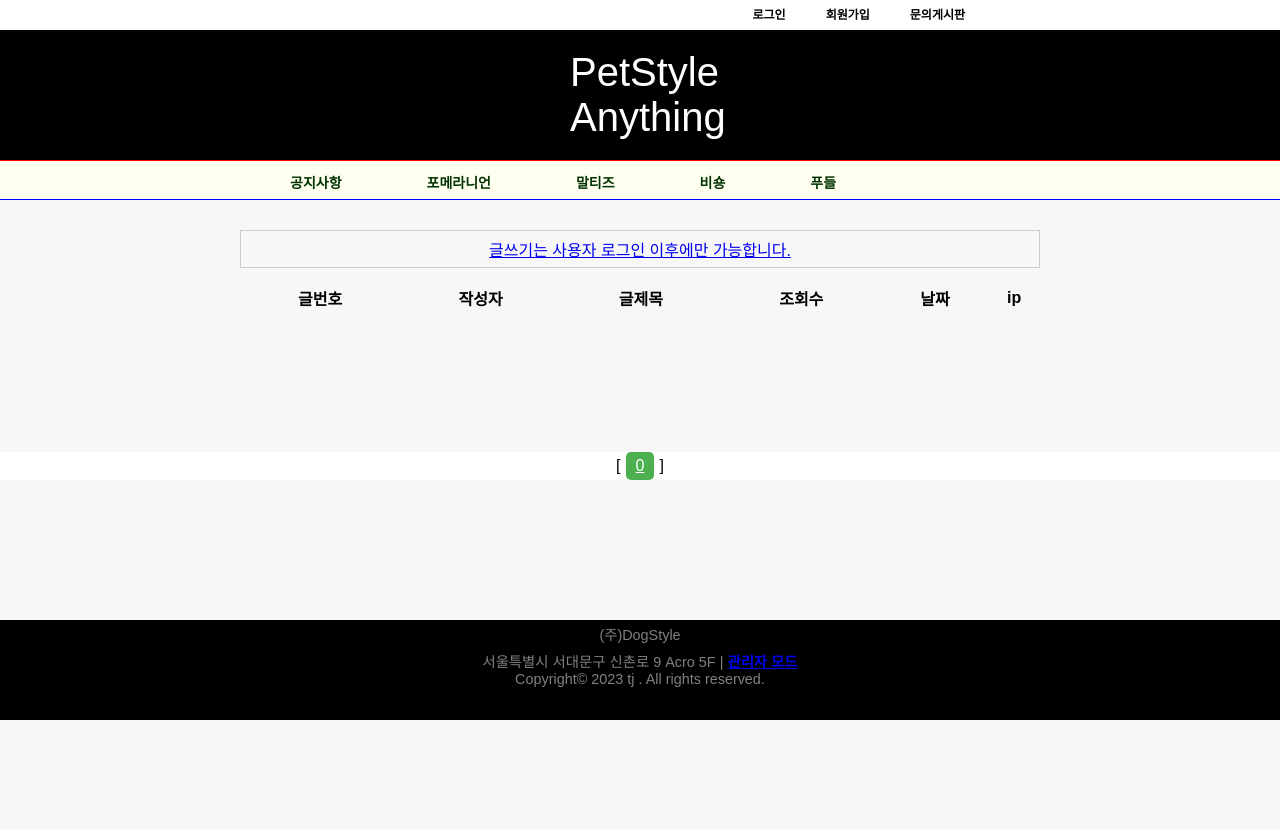
Repository: kdkk2000/Project
Page: http://localhost/petstyle/board/boardList.jsp
An editor plug-in stored every save of this project. The page is shown before and after the next save, followed by the edit.
The browser window is 1280 px wide. The pictures show the whole page.
The page is served by Tomcat 9. The template is opened directly, without the code that normally fills it, so the values that code supplies are empty.

Above is the page before, as saved 2023-03-29 02:58:30.

After the next save:
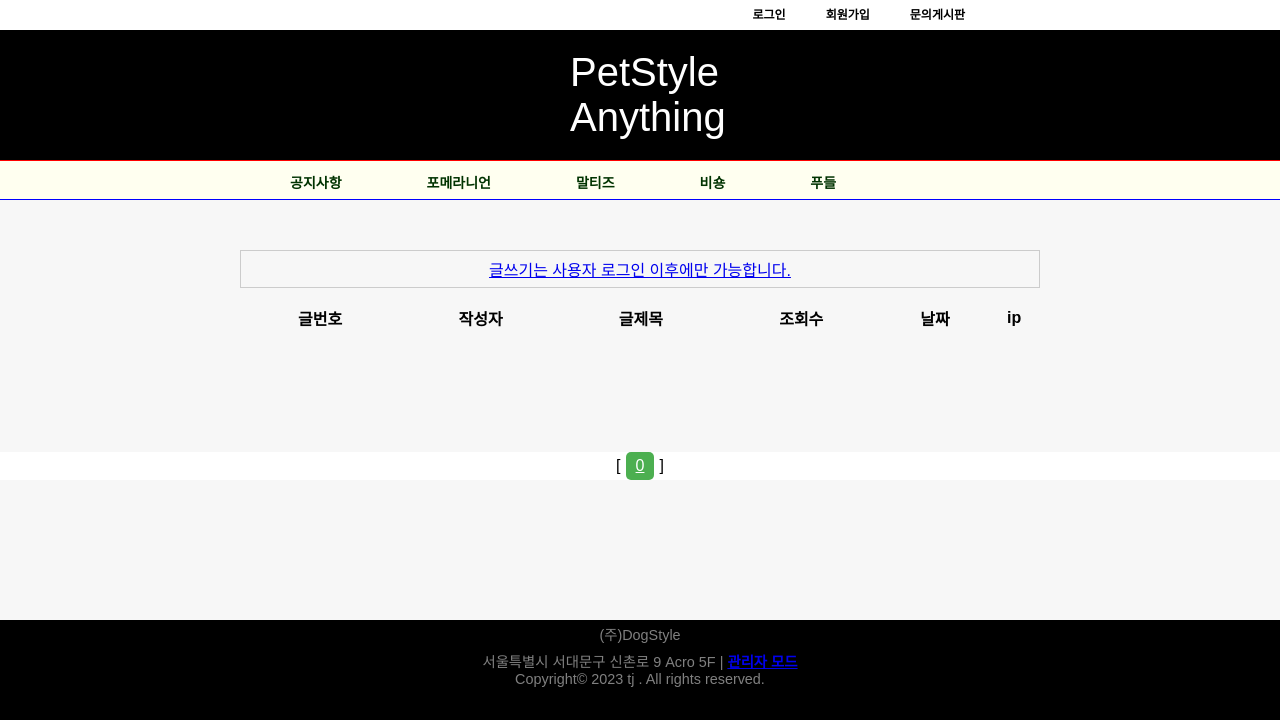
Saved 13 s later.
--- a/petstyle/WebContent/board/boardList.jsp
+++ b/petstyle/WebContent/board/boardList.jsp
@@ -9,14 +9,6 @@
 	<meta charset="UTF-8">
 	<title>Insert title here</title>
 	<link href="${conPath}/css/boardStyle.css" rel="stylesheet">
-	<style>
-		#content_form {
-			height:600px;
-			margin: 30px auto 0px;
-			width: 800px;
-		}
-		#content_form table tr { height: 10px;}
-	</style>
 	<script src="https://code.jquery.com/jquery-3.6.4.js"></script>
 	<script>
 		$(document).ready(function(){
